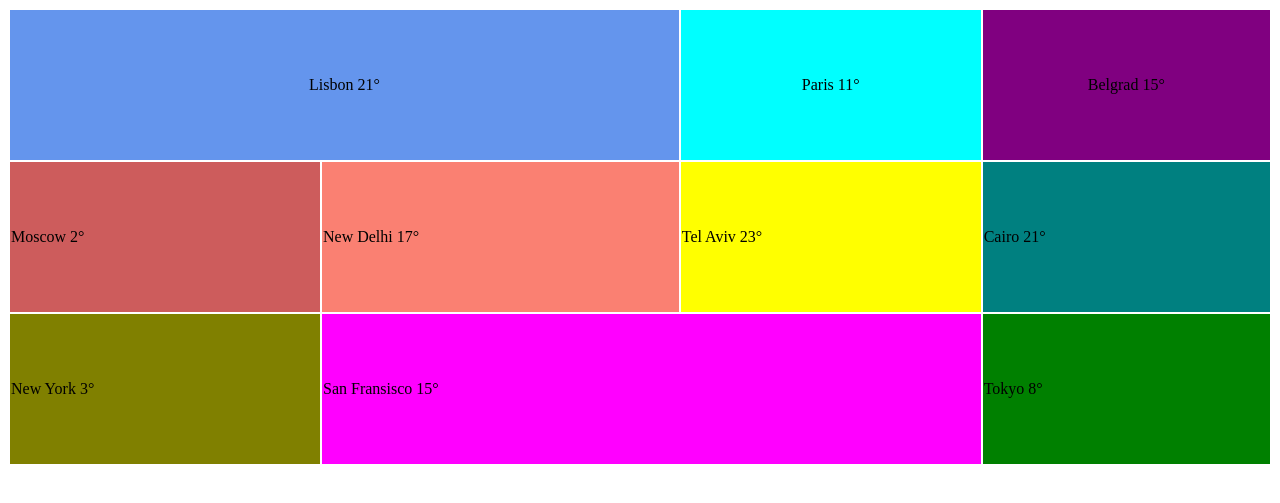
Repository: aysedo/html
Page: Week_2/index.html
The author's editor kept a copy of each file at every save. The page is drawn from the files as they stood at one save, then again after the next save.
The browser window is 1280 px wide. The pictures show the whole page.

Above is the page before, as saved 2021-08-24 14:45:59.

### Week_2/index.html
<!DOCTYPE html>
<html lang="en">
  <head>
    <meta charset="UTF-8" />
    <meta http-equiv="X-UA-Compatible" content="IE=edge" />
    <meta name="viewport" content="width=device-width, initial-scale=1.0" />
    <title>Document</title>
  </head>
  <body>
    <table width="100%">
      <tr height="150">
        <td colspan="2" bgcolor="cornflowerblue" align="center"> Lisbon 21° </td>
        <td bgcolor="Aqua" align="center"> Paris 11° </td>
        <td bgcolor="Purple" align="center">Belgrad 15°</td>
      </tr>
      <tr height="150">
        <td bgcolor="Indianred"> Moscow 2° </td>
        <td bgcolor="Salmon"> New Delhi 17° </td>
        <td bgcolor="Yellow"> Tel Aviv 23°</td>
        <td bgcolor="Teal"> Cairo 21° </td>
      </tr>
      <tr height="150">
        <td bgcolor="Olive"> New York 3°</td>
        <td colspan="2" bgcolor="Fuchsia"> San Fransisco 15° </td>
        <td bgcolor="Green"> Tokyo 8° </td>
      </tr>
    </table>
  </body>
</html>

After the next save:
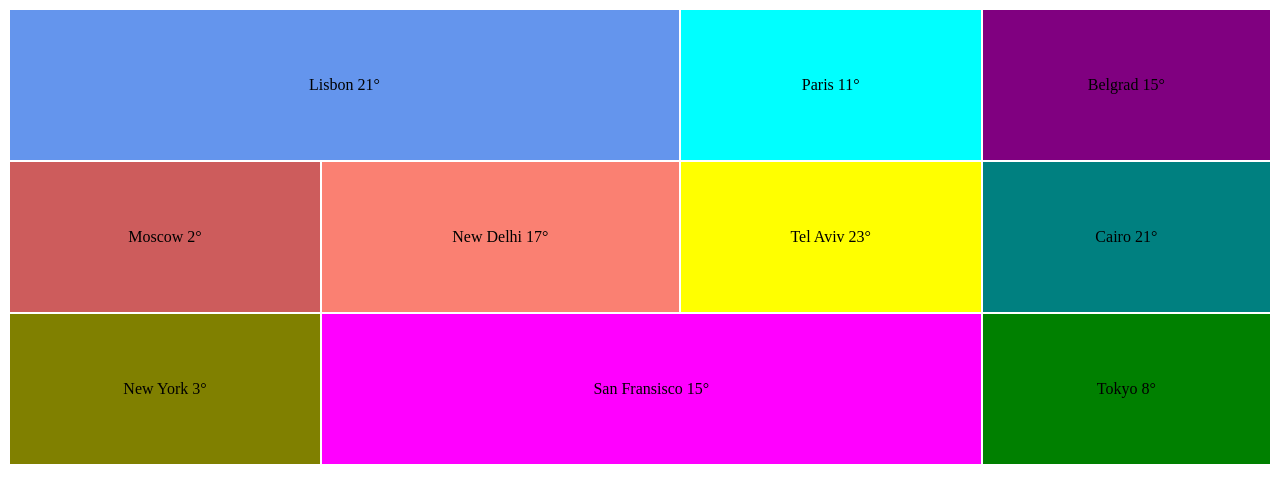
Saved 115 s later.
--- a/Week_2/index.html
+++ b/Week_2/index.html
@@ -14,15 +14,15 @@
         <td bgcolor="Purple" align="center">Belgrad 15°</td>
       </tr>
       <tr height="150">
-        <td bgcolor="Indianred"> Moscow 2° </td>
-        <td bgcolor="Salmon"> New Delhi 17° </td>
-        <td bgcolor="Yellow"> Tel Aviv 23°</td>
-        <td bgcolor="Teal"> Cairo 21° </td>
+        <td bgcolor="Indianred" align="center"> Moscow 2° </td>
+        <td bgcolor="Salmon" align="center"> New Delhi 17° </td>
+        <td bgcolor="Yellow" align="center"> Tel Aviv 23°</td>
+        <td bgcolor="Teal" align="center"> Cairo 21° </td>
       </tr>
       <tr height="150">
-        <td bgcolor="Olive"> New York 3°</td>
-        <td colspan="2" bgcolor="Fuchsia"> San Fransisco 15° </td>
-        <td bgcolor="Green"> Tokyo 8° </td>
+        <td bgcolor="Olive" align="center"> New York 3°</td>
+        <td colspan="2" bgcolor="Fuchsia" align="center"> San Fransisco 15° </td>
+        <td bgcolor="Green" align="center"> Tokyo 8° </td>
       </tr>
     </table>
   </body>
